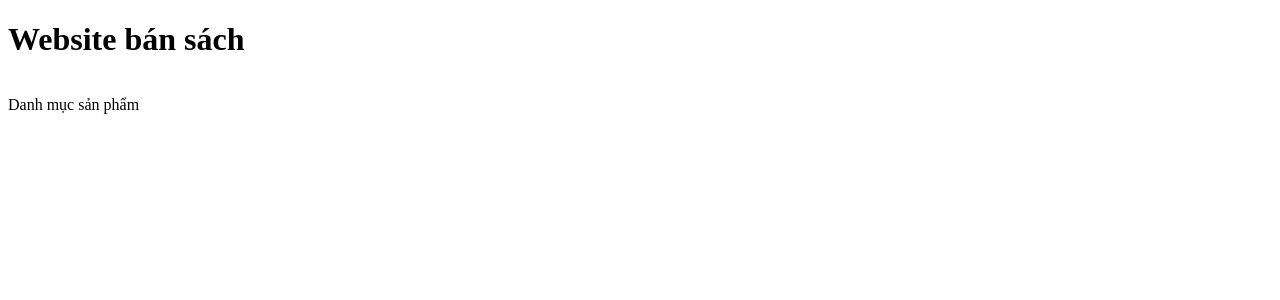
Repository: ThanhNghiadn03/Website-1-JSP-Servlet
Page: http://localhost/new-web-ban-sach/trang-chu
The author's editor kept a copy of each file at every save. The page is drawn from the files as they stood at one save, then again after the next save.
The browser window is 1280 px wide. The pictures show the whole page.
The page is served by Tomcat 9. Queries for data that is not in the repository find no rows.

Above is the page before, as saved 2023-04-25 16:12:16.

After the next save:
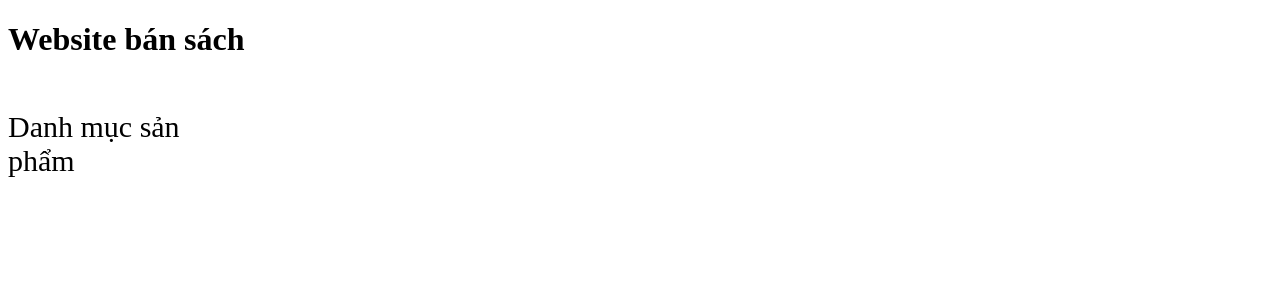
Saved 27 s later.
--- a/Project/new-web-ban-sach/src/main/webapp/views/home/css/css-home.css
+++ b/Project/new-web-ban-sach/src/main/webapp/views/home/css/css-home.css
@@ -2,13 +2,10 @@
 
 
 
-.body {
-	font-size: 30px;
-}
-
 .left-right {
     display: grid;
     grid-template-columns: 200px 4fr;
+    font-size: 30px;
 }
 .right-side {
     display: grid;
